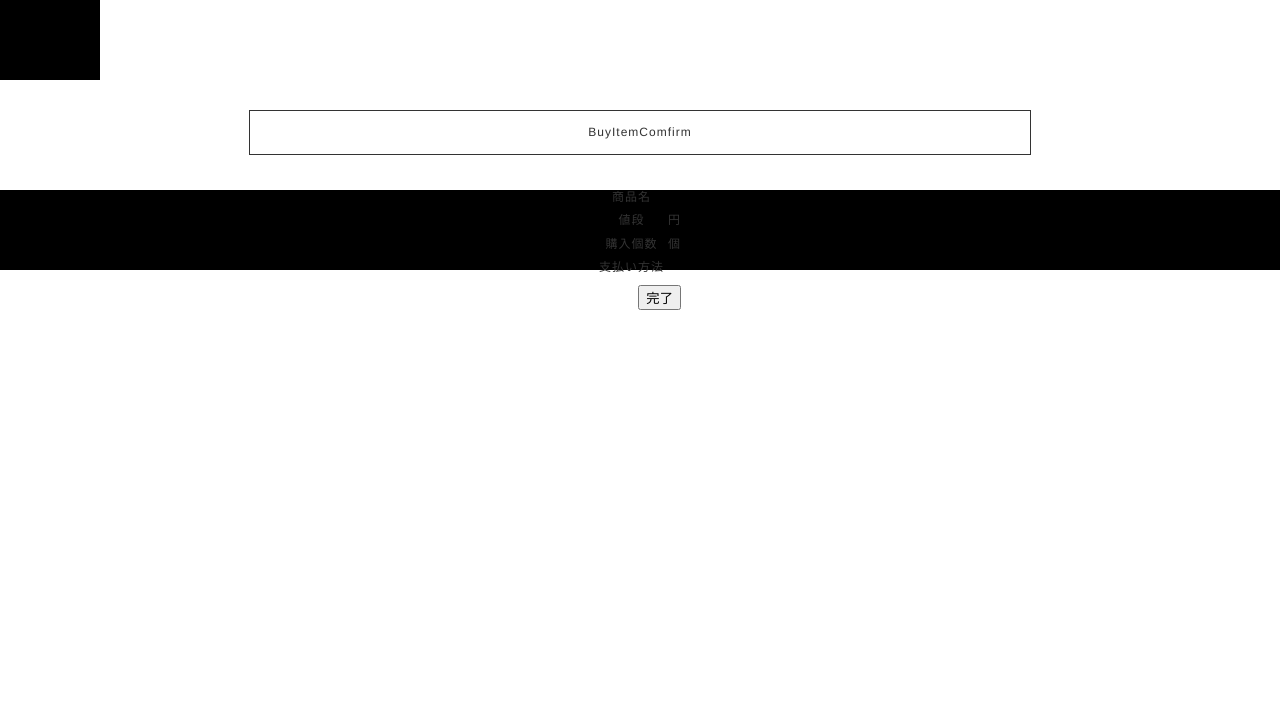
Repository: gjp373/test
Page: http://localhost/template/buyItemConfirm.jsp
The author's editor kept a copy of each file at every save. The page is drawn from the files as they stood at one save, then again after the next save.
The browser window is 1280 px wide. The pictures show the whole page.
The page is served by Tomcat 9. Other server files are loaded and not shown.

Above is the page before, as saved 2018-03-30 03:12:17.

### template/WebContent/buyItemConfirm.jsp
<%@ page language="java" contentType="text/html; charset=UTF-8"
    pageEncoding="UTF-8"%>
<%@ taglib prefix="s" uri="/struts-tags" %>
<!DOCTYPE html>
<html>
<head>
<meta http-equiv="Content-Type" content="text/html; charset=UTF-8"/>
<meta http-equiv="Content-Style-Type" content="text/css"/>
<meta http-equiv="Content-Script-Type" content="text/javascript"/>
<meta http-equiv="imagetoolbar" content="no"/>
<meta name="description" content=""/>
<meta name="keywords" content=""/>
<title>buyItemConfirm画面</title>

<style type="text/css">

  body{
    margin:0;
    padding:0;
    line-height:1.6;
    letter-spacing:1px;
    font-family:Vardana,Helvetica,sans-serif;
    font-size:12px;
    color:#333;
    background:#fff;
  }

  table{
    text-align:center;
    margin:0 auto;
  }

  #top{
    width:780px;
    margin:30px auto;
    border:1px solid #333;
  }

  #header{
    width:100px;
    height:80px;
    background-color:black;
  }

  #main{
    width:100%;
    height:80px;
    text-align:center;
  }

  #footer{
    width:100%;
    height:80px;
    background-color:black;
    clear:both;
  }

  </style>

</head>
<body>

  <div id="header">
    <div id="pr"></div>
  </div>

  <div id="main">
    <div id="top">
     <p>BuyItemComfirm</p>
    </div>


    <div>
      <s:form action="BuyItemConfirmAction">
      <table>
       <tr>
         <td>商品名</td>
         <td>
          <s:property value="session.buyItem_name"/>
         </td>
       </tr>

       <tr>
         <td>値段</td>
         <td>
          <s:property value="session.buyItem_price"/>
            <span>円</span>
         </td>
       </tr>

       <tr>
         <td>購入個数</td>
         <td>
           <s:property value="session.stock"/>
             <span>個</span>
         </td>
       </tr>

       <tr>
         <td>支払い方法</td>
         <td>
           <s:property value="session.pay"/>
         </td>
       </tr>

       <tr>
         <td>
           <s:submit value="完了"/>
         </td>
         </tr>


</table>
</s:form>
</div>
</div>

  <div id="footer">
    <div id="pr"></div>
  </div>


</body>
</html>

After the next save:
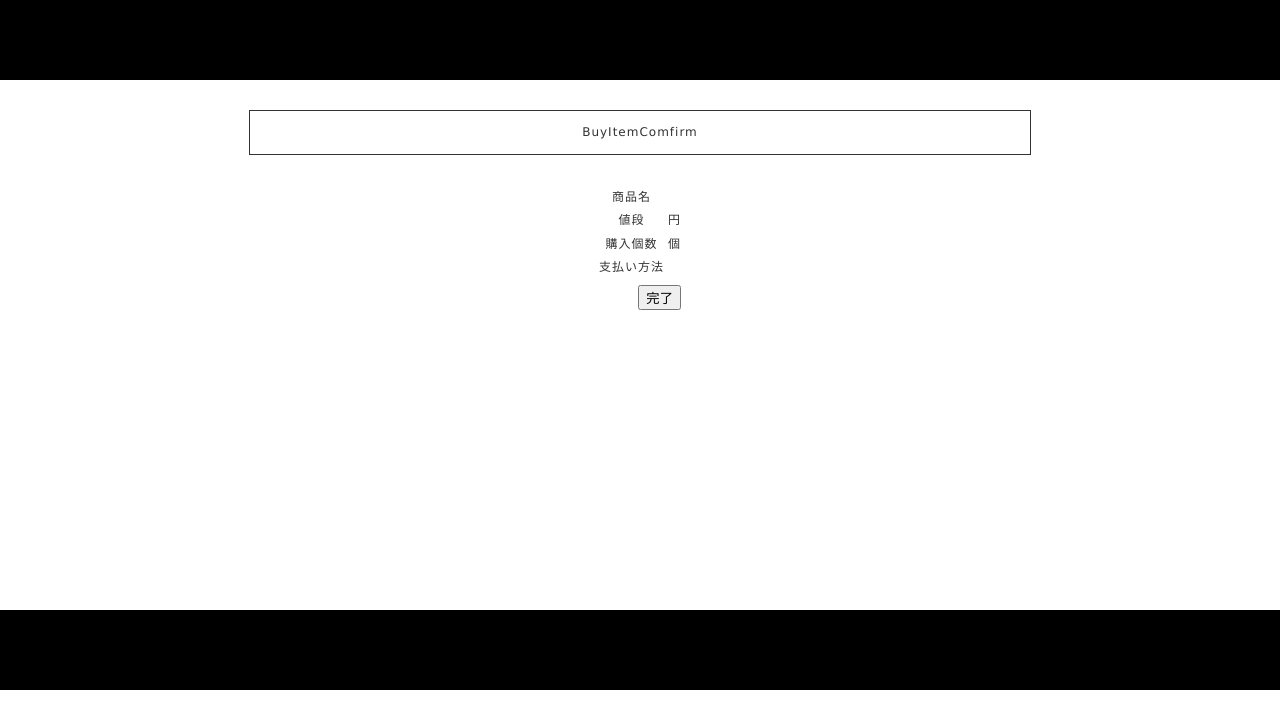
Saved 42 min 57 s later.
--- a/template/WebContent/buyItemConfirm.jsp
+++ b/template/WebContent/buyItemConfirm.jsp
@@ -4,55 +4,51 @@
 <!DOCTYPE html>
 <html>
 <head>
-<meta http-equiv="Content-Type" content="text/html; charset=UTF-8"/>
-<meta http-equiv="Content-Style-Type" content="text/css"/>
-<meta http-equiv="Content-Script-Type" content="text/javascript"/>
-<meta http-equiv="imagetoolbar" content="no"/>
-<meta name="description" content=""/>
-<meta name="keywords" content=""/>
+<meta http-equiv="Content-Type" content="text/html; charset=utf-8" />
+<meta http-equiv="Content-Style-Type" content="text/css" />
+<meta http-equiv="Content-Script-Type" content="text/javascript" />
+<meta http-equiv="imagetoolbar" content="no" />
+<meta name="description" content="" />
+<meta name="keywords" content="" />
 <title>buyItemConfirm画面</title>
 
 <style type="text/css">
 
-  body{
-    margin:0;
-    padding:0;
-    line-height:1.6;
-    letter-spacing:1px;
-    font-family:Vardana,Helvetica,sans-serif;
-    font-size:12px;
-    color:#333;
-    background:#fff;
-  }
-
-  table{
-    text-align:center;
-    margin:0 auto;
-  }
-
-  #top{
-    width:780px;
-    margin:30px auto;
-    border:1px solid #333;
-  }
-
-  #header{
-    width:100px;
-    height:80px;
-    background-color:black;
-  }
-
-  #main{
-    width:100%;
-    height:80px;
-    text-align:center;
-  }
-
-  #footer{
-    width:100%;
-    height:80px;
-    background-color:black;
-    clear:both;
+  body {
+margin:0;
+padding:0;
+line-height:1.6;
+letter-spacing:1px;
+font-family:Verdana, Helvetica, sans-serif;
+font-size:12px;
+color:#333;
+background:#fff;
+}
+table {
+text-align:center;
+margin:0 auto;
+}
+/* ========ID LAYOUT======== */
+#top {
+width:780px;
+margin:30px auto;
+   border:1px solid #333;
+}
+#header {
+width: 100%;
+height: 80px;
+background-color: black;
+}
+#main {
+width: 100%;
+height: 500px;
+text-align: center;
+}
+#footer {
+width: 100%;
+height: 80px;
+background-color: black;
+clear:both;
   }
 
   </style>
